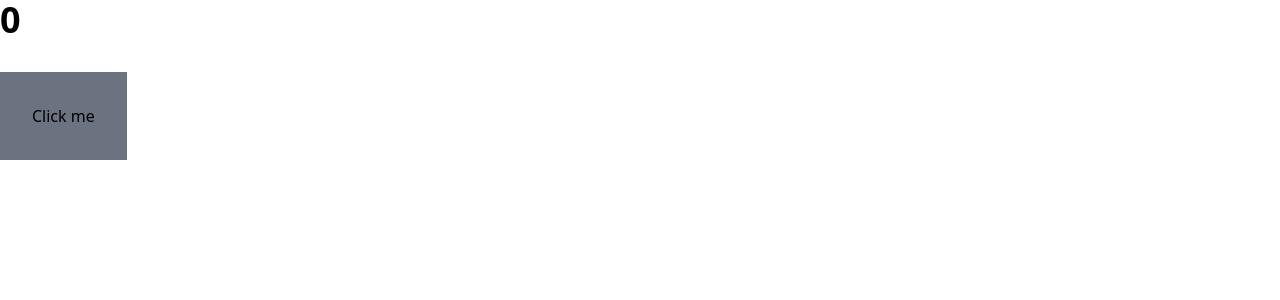
Repository: theanmol-raj/GoogleKeepCloneTutorial
Page: /about
The author's editor kept a copy of each file at every save. The page is drawn from the files as they stood at one save, then again after the next save.
The browser window is 1280 px wide. The pictures show the whole page.
The project was rebuilt for these pictures with package versions that can differ from the ones it lists, and the page was loaded fresh each time. Also part of the build but not shown: src/Components/Navbar.jsx.

Above is the page before, as saved 2022-08-29 20:38:11.

After the next save:
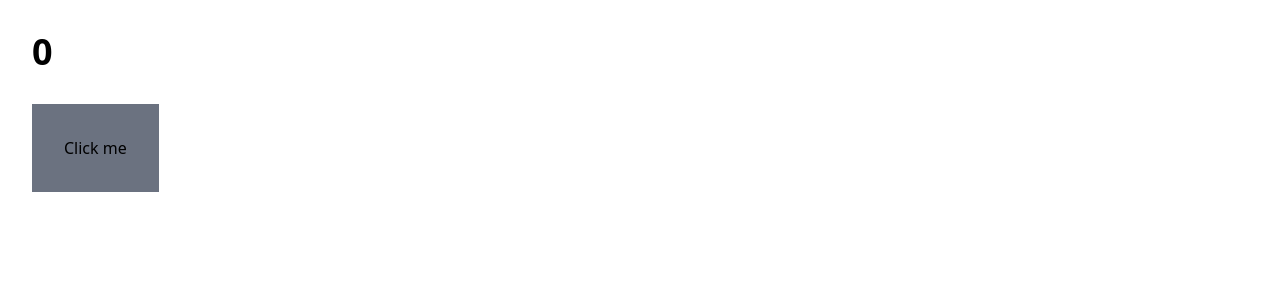
Saved 8 s later.
--- a/src/Screens/Homescreen.jsx
+++ b/src/Screens/Homescreen.jsx
@@ -10,7 +10,7 @@
   }
 
   return (
-    <div>
+    <div className=' m-8'>
         {/* <Navbar /> */}
         <p className=' mb-8 font-black text-4xl'>{temp}</p>
         <button className=' bg-gray-500 p-8 '>Click me</button>
